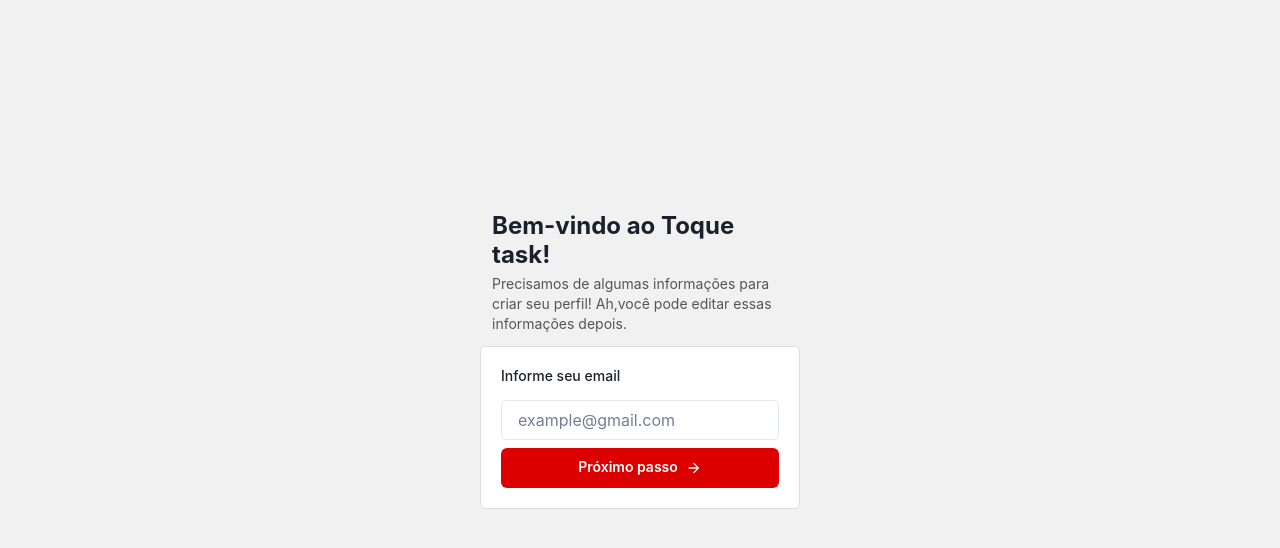
Repository: jorgelucasjs/chakra-ui-doc
Page: /
These files come from the project's save history. The page is drawn as it stood at one moment and after the next save; the edit follows.
The browser window is 1280 px wide. The pictures show the whole page.
The project was rebuilt for these pictures with package versions that can differ from the ones it lists, and the page was loaded fresh each time.

Above is the page before, as saved 2023-01-06 14:59:59.

After the next save:
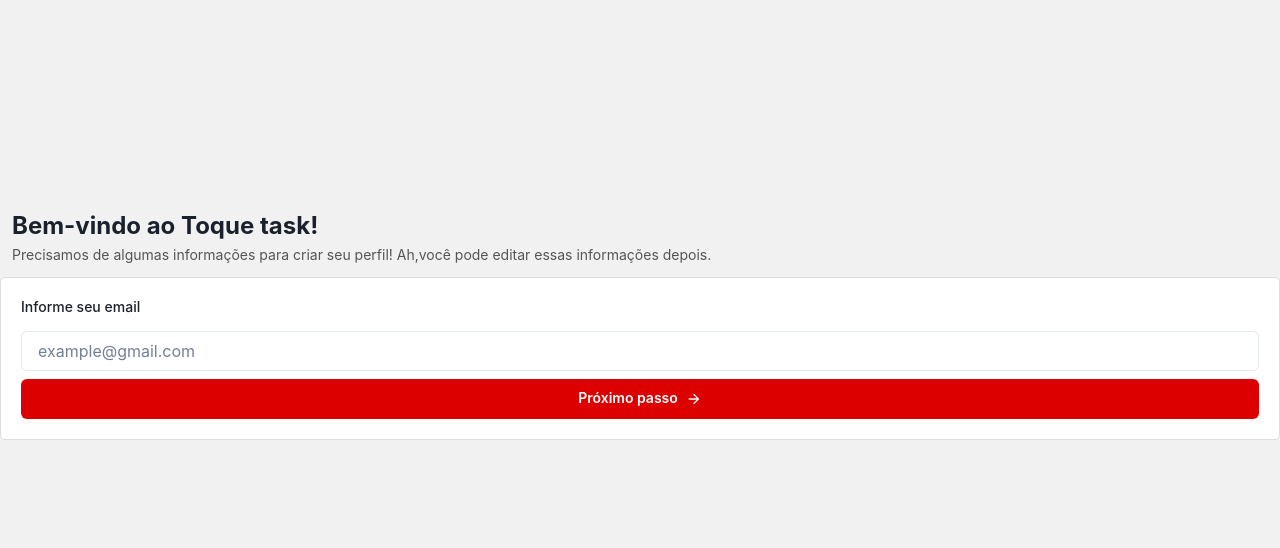
Saved 5 s later.
--- a/src/pages/index.tsx
+++ b/src/pages/index.tsx
@@ -15,7 +15,7 @@
 	return (
 		<Flex justify={'center'} bg={'#F1F1F1'} height='100vh' >
 
-			<Box width={{ base: '100%', sm: '50%', md: '25%' }} mt={200} >
+			<Box width={{ base: '100%',}} mt={200} >
 
 				<Box p={3} pb={0}>
 
